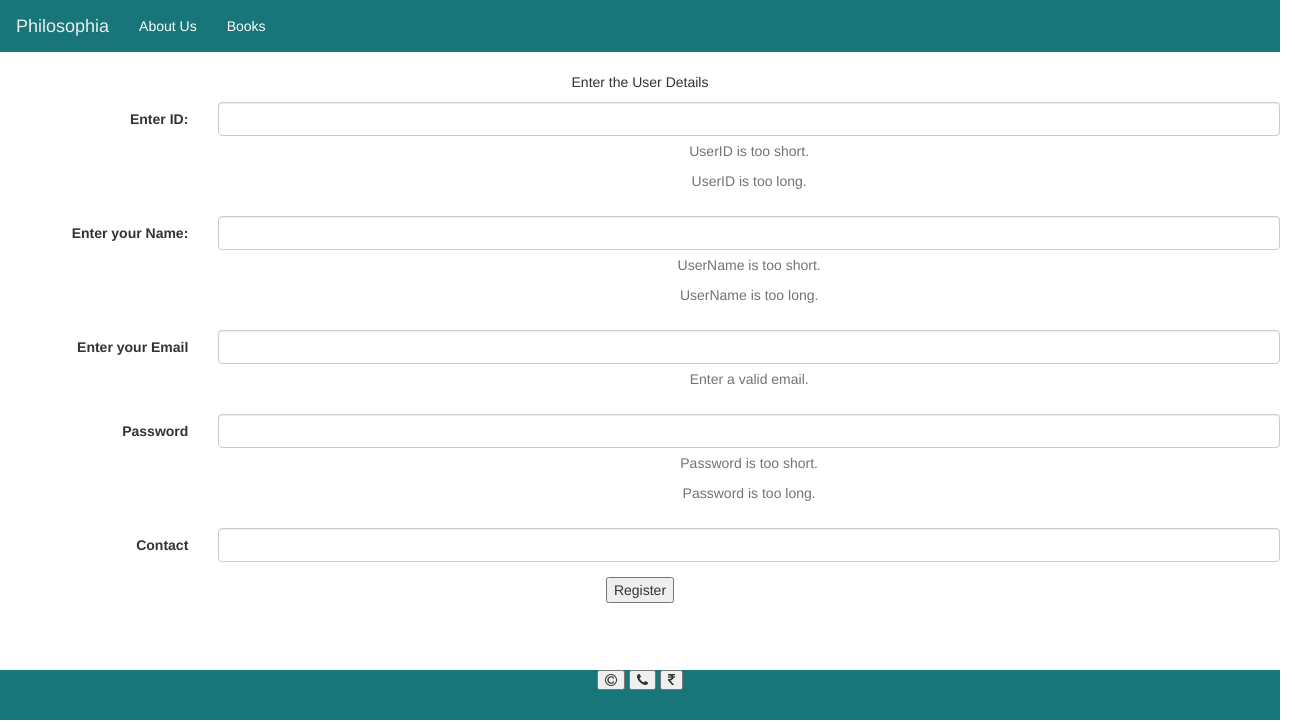
Repository: JamesArul/BookStorePLSP
Page: http://localhost/PhilosophiaFrontEnd/WEB-INF/views/Register.jsp
These files come from the project's save history. The page is drawn as it stood at one moment and after the next save; the edit follows.
The browser window is 1280 px wide. The page is 1295 px wide, so the pictures cover 1295 px, including what lies to the right of the window. The pictures show the whole page.
The page is served by Tomcat 9. Nobody is signed in. The template is opened directly, without the code that normally fills it, so the values that code supplies are empty.

Above is the page before, as saved 2017-06-14 17:10:27.
Console error (its wording comes from the project's code and is left out).

After the next save:
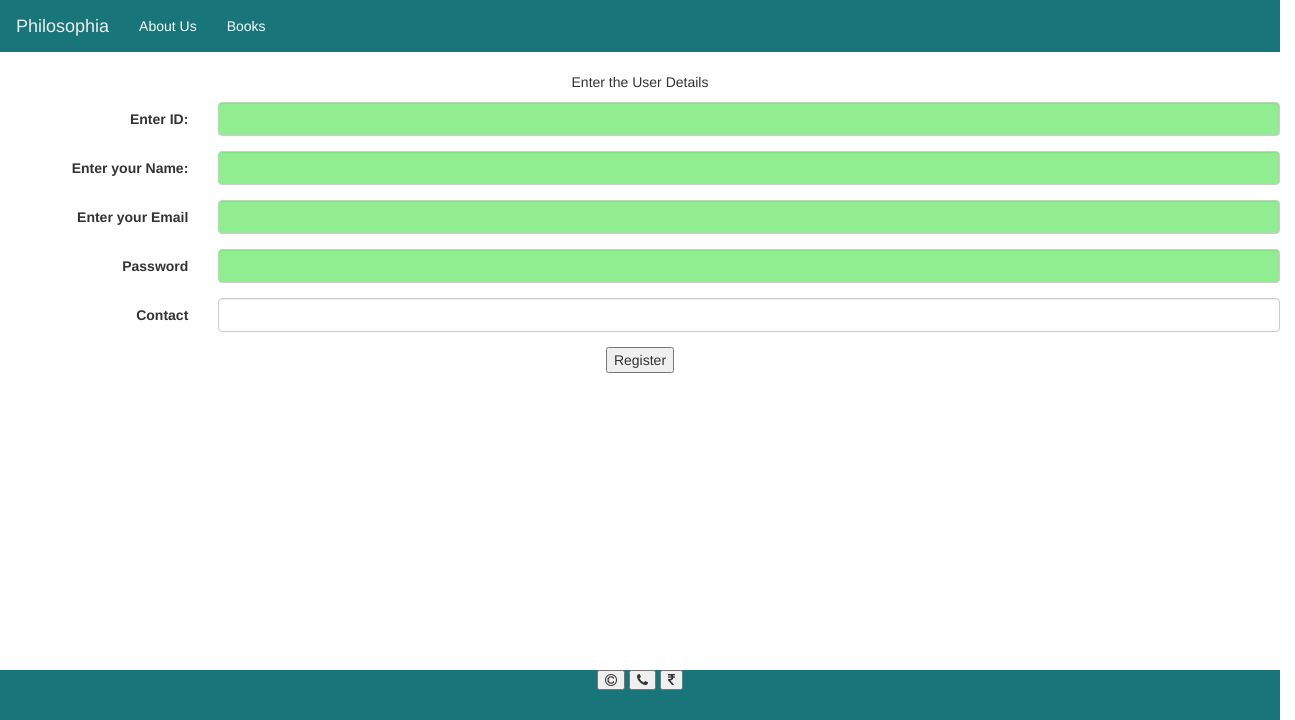
Saved 2 min 16 s later.
--- a/PhilosophiaFrontEnd/src/main/webapp/WEB-INF/views/Register.jsp
+++ b/PhilosophiaFrontEnd/src/main/webapp/WEB-INF/views/Register.jsp
@@ -9,6 +9,7 @@
 <link  rel="stylesheet" href="Resources/Bootstrap/bootstrap.min.css">
 <script src="Resources/Bootstrap/bootstrap.js"></script>
 <script src="Resources/JQuery/jquery-3.1.1.min.js"></script>
+<script type="text/javascript" src="Resources/AngularJS/angular.min.js"></script>
 <script type="text/javascript" src="Resources/AngularJS/angular-messages.js"></script>
 <script type="text/javascript">
 function validateRegForm()
